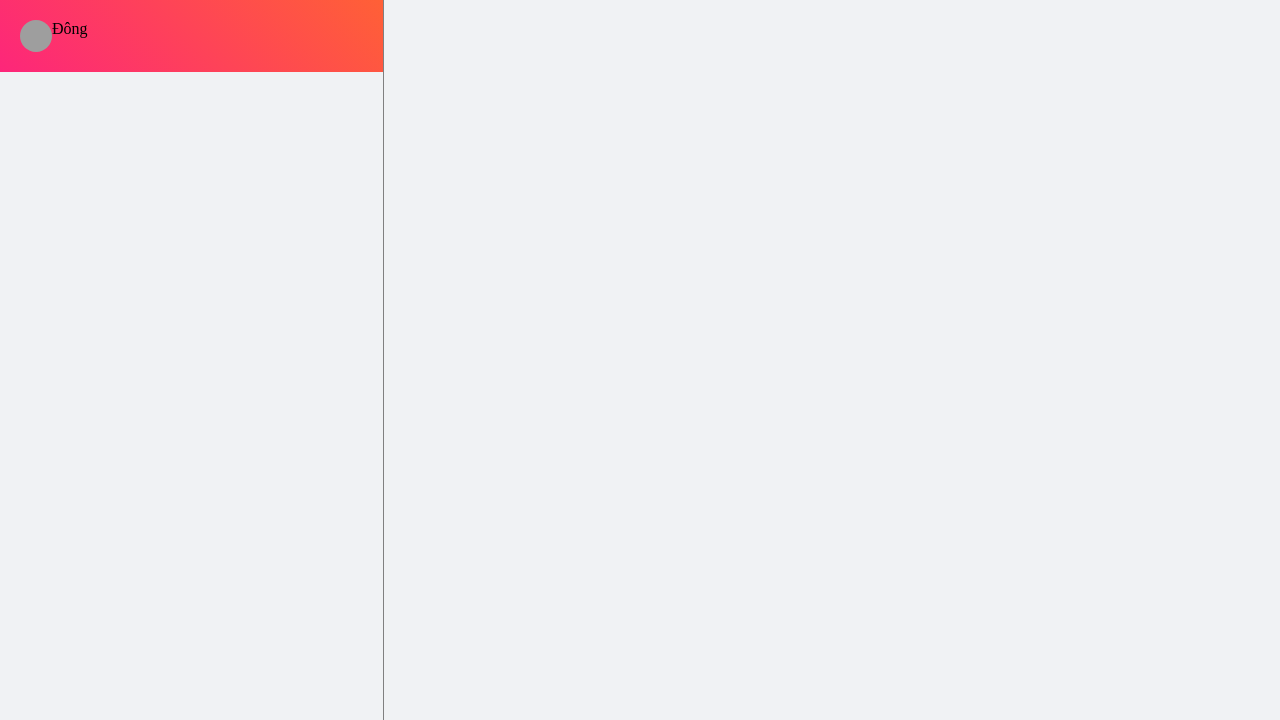
Repository: conquy2002/T2009A
Page: Project RobinTinder/website/index.html
An editor plug-in stored every save of this project. The page is shown before and after the next save, followed by the edit.
The browser window is 1280 px wide. The pictures show the whole page.
Pictures or frames that could not be fetched are drawn as grey boxes.

Above is the page before, as saved 2022-01-07 08:31:23.

After the next save:
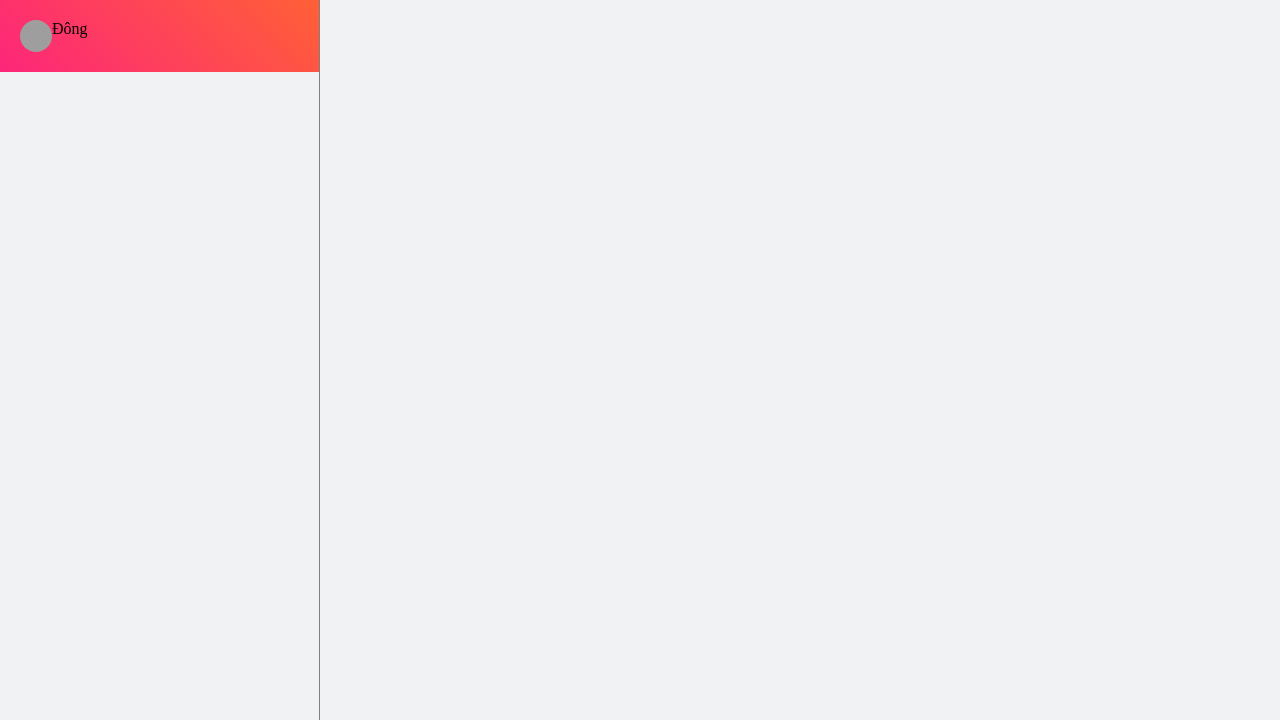
Saved 71 s later.
--- a/Project RobinTinder/website/css/style.css
+++ b/Project RobinTinder/website/css/style.css
@@ -10,7 +10,7 @@
     display: flex;
 }
 .nav{
-    flex-basis: 30%;
+    flex-basis: 25%;
     height: 100%;
     border-right: .1px solid gray;
 }
